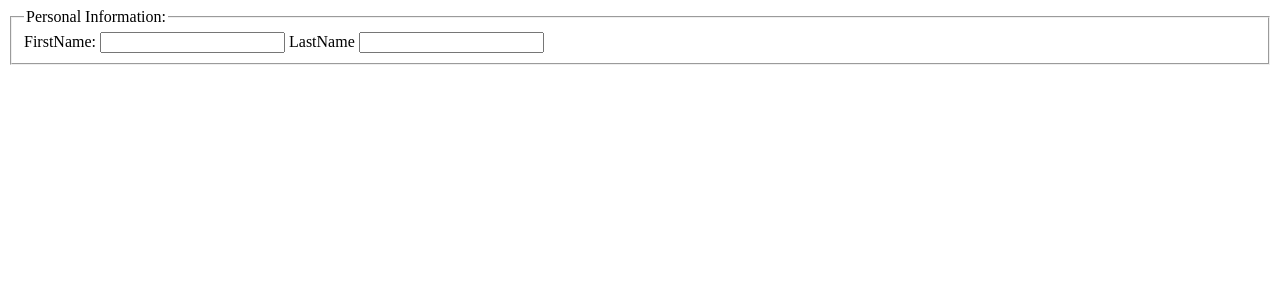
Repository: Femi007-gh/Legend
Page: index.html
An editor plug-in stored every save of this project. The page is shown before and after a run of saves, followed by the edit.
The browser window is 1280 px wide. The pictures show the whole page.

Above is the page before, as saved 2025-04-04 10:09:07.

After the next 2 saves:
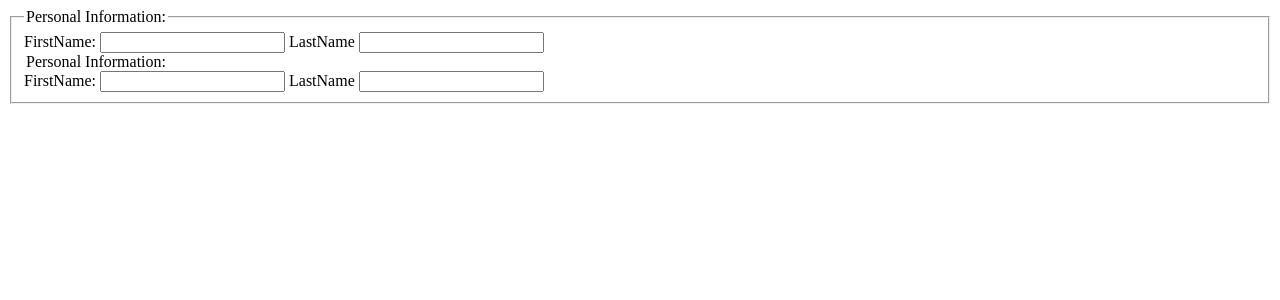
The 2 saves are shown as one change because they came seconds apart.
The last was saved 10 s later.
--- a/index.html
+++ b/index.html
@@ -11,6 +11,13 @@
 
         <label>LastName</label>
         <input type="text" class="LN">
+
+        <legend>Personal Information:</legend>
+        <label>FirstName:</label>
+        <input type="text" class="FN">
+
+        <label>LastName</label>
+        <input type="text" class="LN">
       </fieldset>
     </form>
   </body>

After the save that followed:
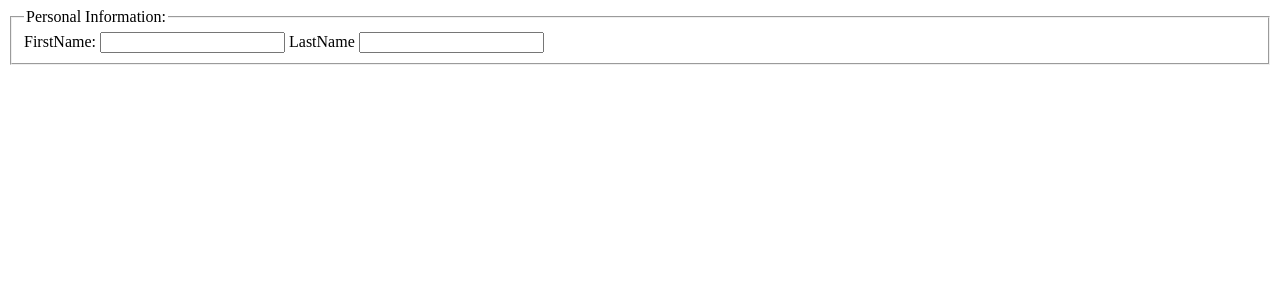
Saved 9 s later.
--- a/index.html
+++ b/index.html
@@ -12,12 +12,7 @@
         <label>LastName</label>
         <input type="text" class="LN">
 
-        <legend>Personal Information:</legend>
-        <label>FirstName:</label>
-        <input type="text" class="FN">
 
-        <label>LastName</label>
-        <input type="text" class="LN">
       </fieldset>
     </form>
   </body>
